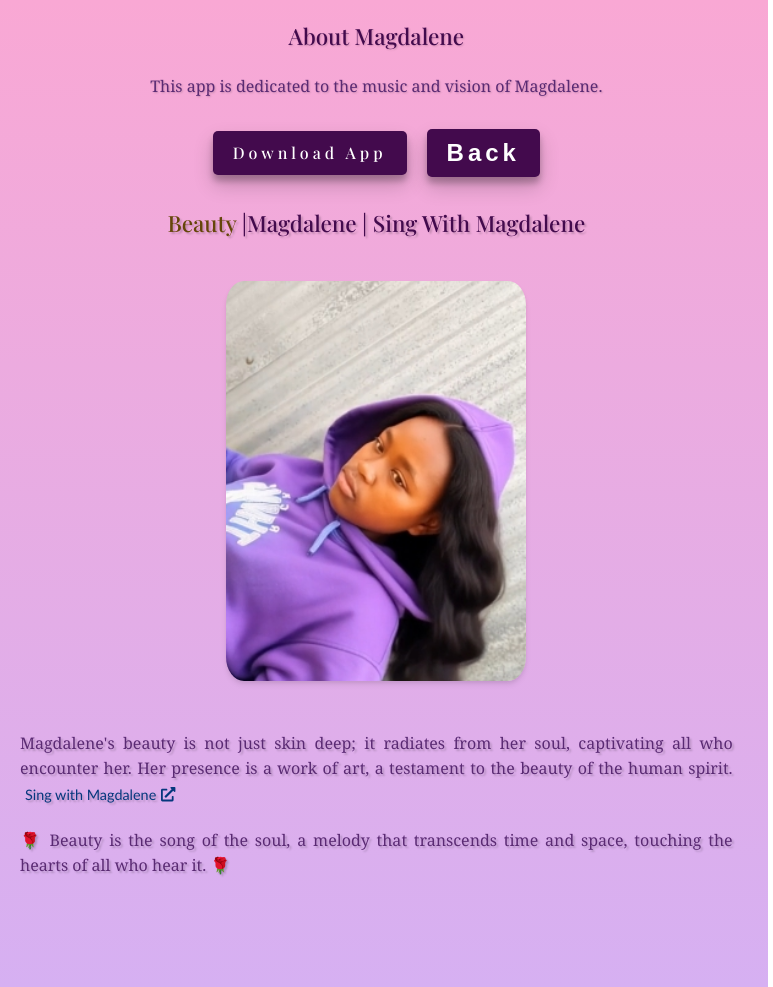
Repository: VladimirGagarin/Meg
Page: /#/about/aboutPerson/Beauty
An editor plug-in stored every save of this project. The page is shown before and after a run of saves, followed by the edit.
The browser window is 768 px wide. The page is 773 px wide, so the pictures cover 773 px, including what lies to the right of the window. The pictures show the whole page.
The project was rebuilt for these pictures with package versions that can differ from the ones it lists, and the page was loaded fresh each time. Also part of the build but not shown: vite.config.js, src/App.jsx, src/components/SongCard.css, src/components/SongCard.jsx, src/pages/HomeScreen.css, src/pages/HomeScreen.jsx, src/components/Controls.jsx, src/pages/SongScreen.css and 7 more. Imported but missing from the stored project, and not drawn on this page: src/assets/audios/Ember2.mp3, src/assets/audios/Empress.mp3, src/assets/audios/Fiesta.mp3, src/assets/audios/Fight_song.mp3, src/assets/audios/Furaha_Yangu.mp3, src/assets/audios/IamMagdalene.mp3, src/assets/audios/The beginning.mp3, src/assets/audios/anthem.mp3 and 35 more.

Above is the page before, as saved 2025-07-23 16:34:27.

After the next 2 saves:
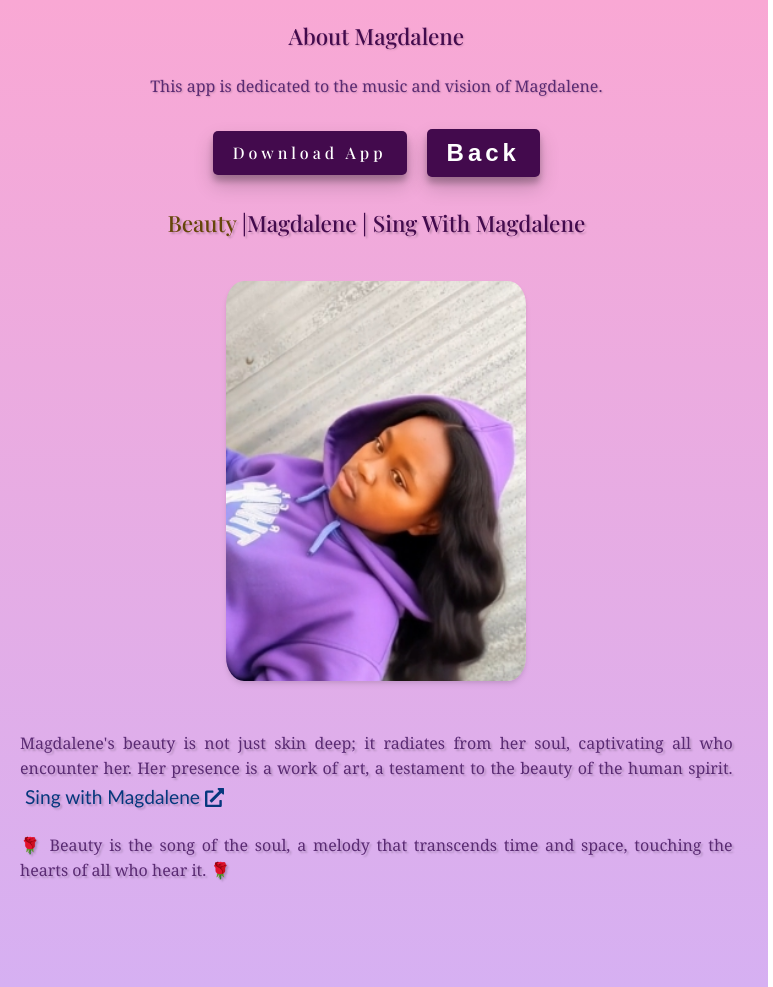
The 2 saves are shown as one change because they came seconds apart.
The last was saved 15 s later.
--- a/src/pages/About.css
+++ b/src/pages/About.css
@@ -224,6 +224,6 @@
     font-size: 1rem;
   }
   .listen-song-link{
-    font-size: 0.9rem;
-  }
-}
+    font-size: 1.2rem;
+  }
+}
